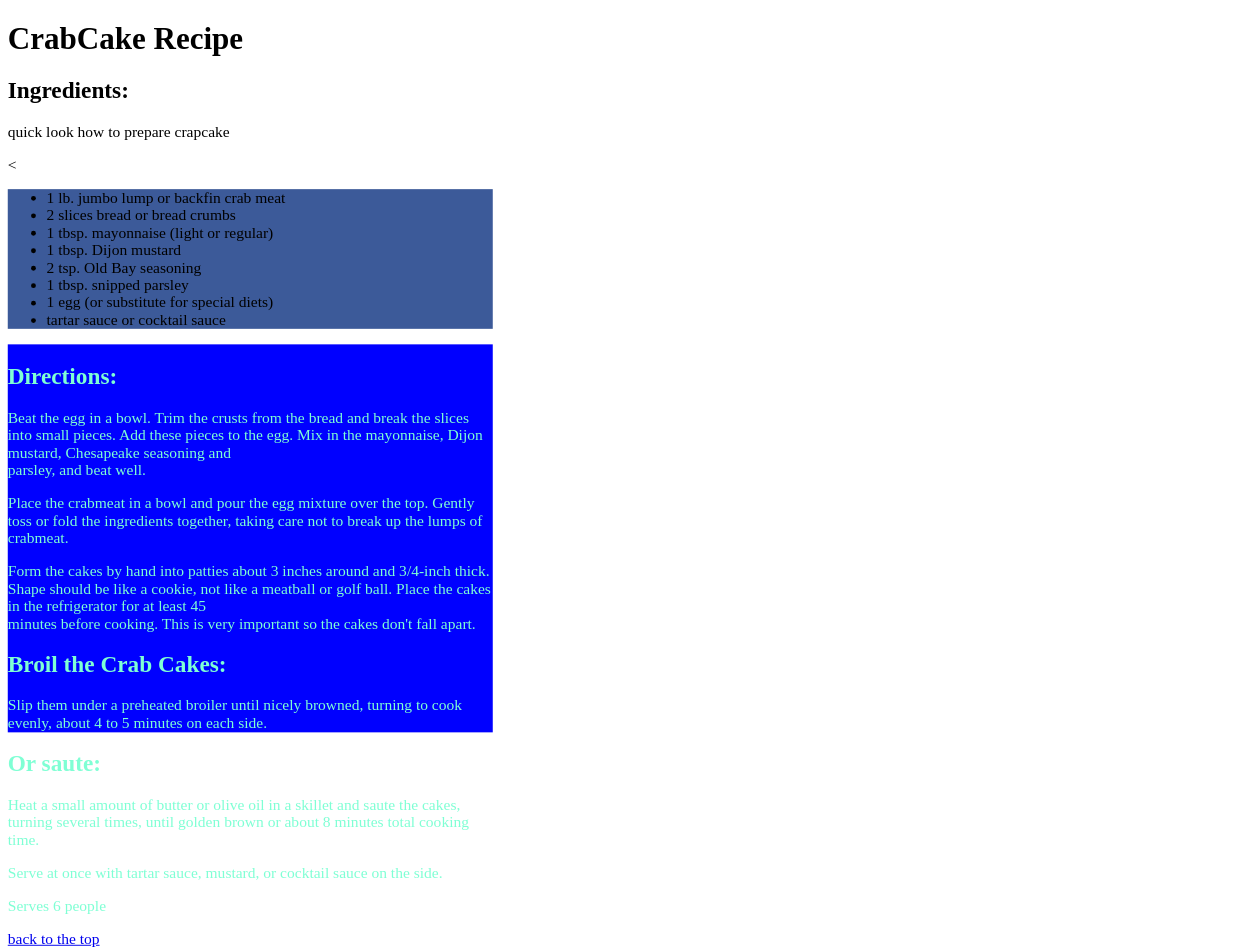
Repository: henokkeleta/SpringIt2
Page: CrabCake/WebContent/CrabbyCake.html
These files come from the project's save history. The page is drawn as it stood at one moment and after the next save; the edit follows.
The browser window is 1280 px wide. The pictures show the whole page, at 97% of full size.

Above is the page before, as saved 2017-06-13 14:50:20.

After the next save:
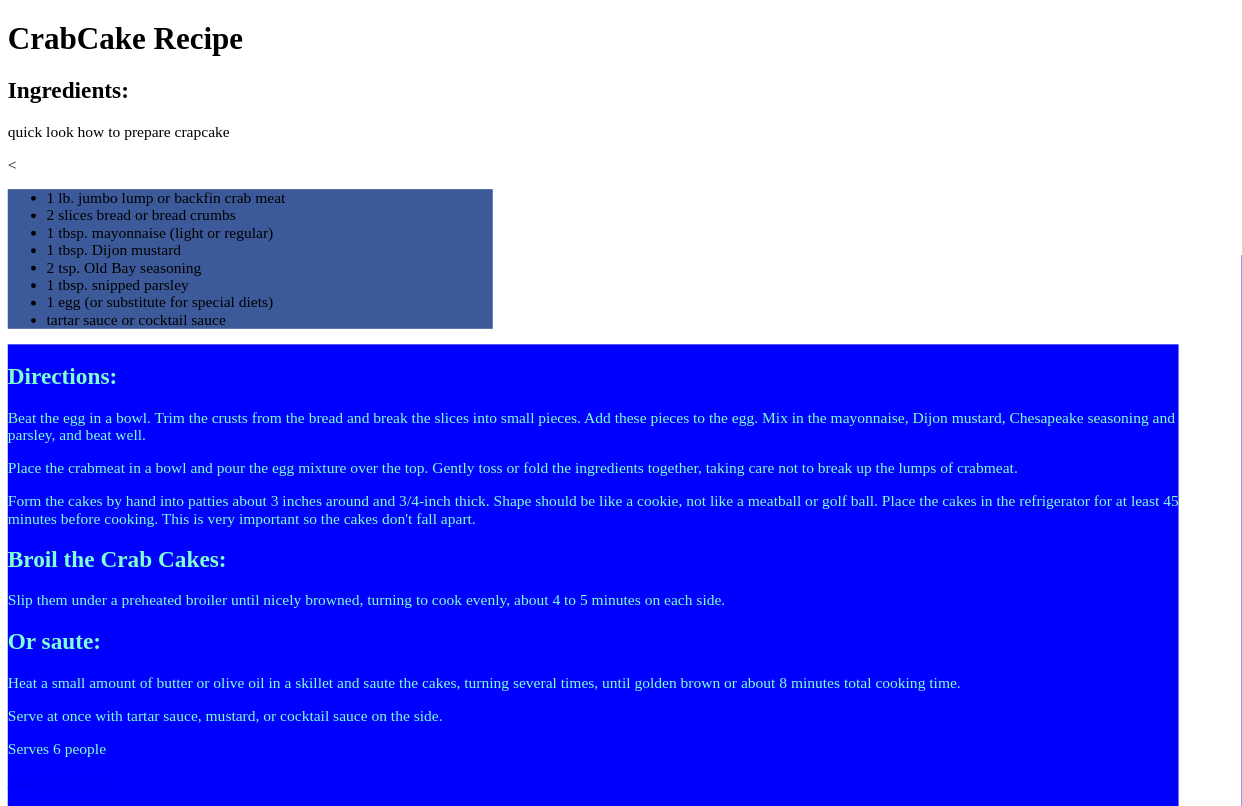
Saved 3 min 0 s later.
--- a/CrabCake/WebContent/CrabbyCake.html
+++ b/CrabCake/WebContent/CrabbyCake.html
@@ -14,8 +14,7 @@
        color:aquamarine;
        background-color:blue;
        position:absolute;
-       width:500px;
-       height:400px;
+
        }
 </style>
 <h1 align="left">CrabCake Recipe</h1>
